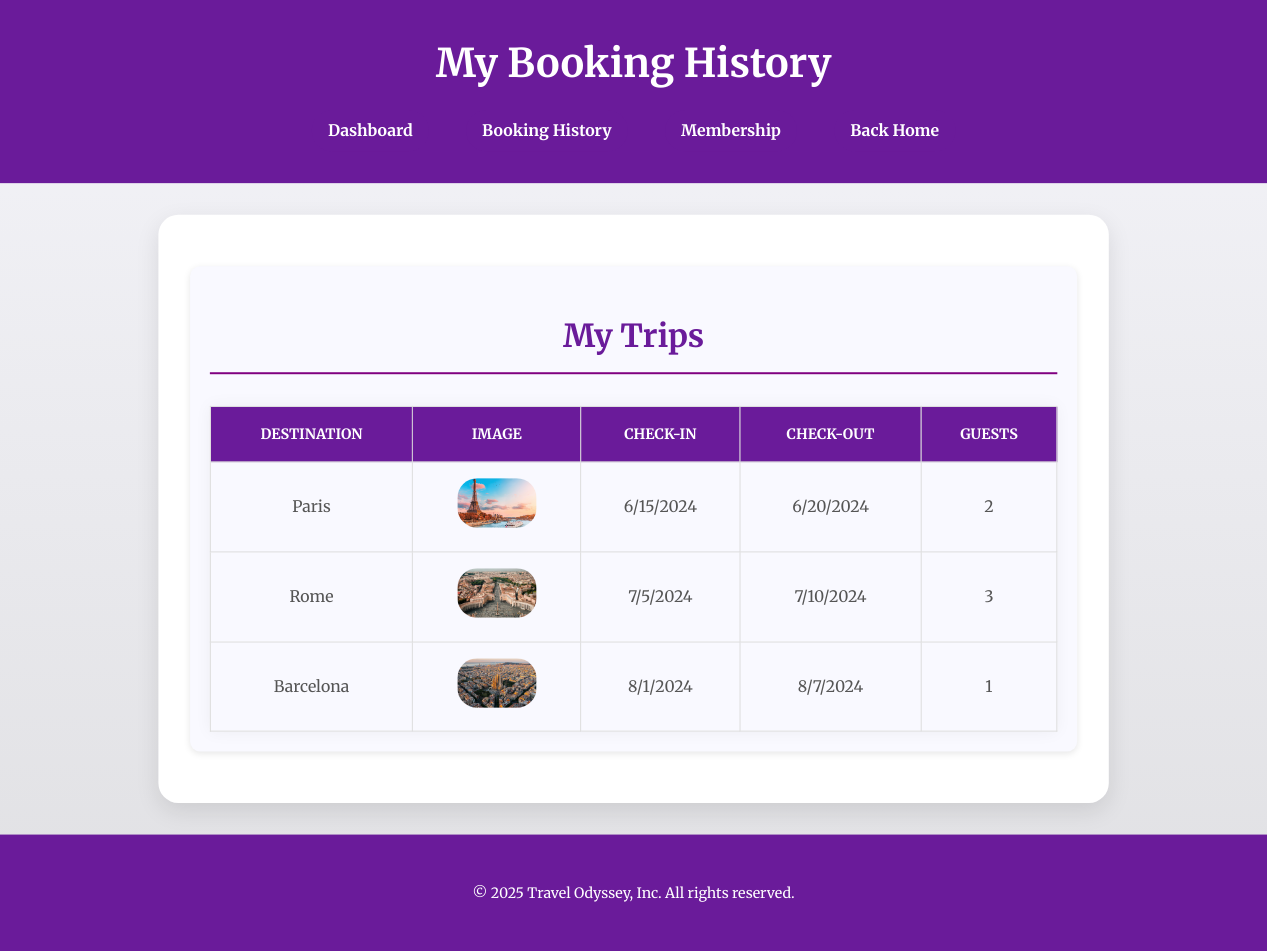
Repository: GHzPhoenix/Project-Odyssey
Page: Frontend/booking-history.html
The author's editor kept a copy of each file at every save. The page is drawn from the files as they stood at one save, then again after the next save.
The browser window is 1280 px wide. The pictures show the whole page, at 99% of full size.
The page's requests for data from a server got no answer.

Above is the page before, as saved 2025-06-08 11:28:42.

### Frontend/booking-history.html
<!DOCTYPE html>
<html lang="en">
  <head>
    <meta charset="UTF-8" />
    <meta name="viewport" content="width=device-width, initial-scale=1.0" />
    <title>Booking History</title>
    <link rel="stylesheet" href="/Frontend/css/dashboard.css" />
    <link rel="stylesheet" href="/Frontend/css/booking-history.css" />
    <link
      href="https://fonts.googleapis.com/css2?family=Merriweather:wght@400;700&display=swap"
      rel="stylesheet"
    />
  </head>
  <body>
    <header>
      <h1>My Booking History</h1>
      <nav>
        <a href="dashboard.html">Dashboard</a>
        <a href="booking-history.html">Booking History</a>
        <a href="membership-confirmation.html">Membership</a>
        <a href="index.html">Back Home</a>
      </nav>
    </header>

    <main>
      <section class="bookings dashboard-section">
        <h2>My Trips</h2>
        <table class="booking-table">
          <thead>
            <tr>
              <th>Destination</th>
              <th>Image</th>
              <th>Check-in</th>
              <th>Check-out</th>
              <th>Guests</th>
            </tr>
          </thead>
          <tbody id="booking-table-body">
            <tr>
              <td colspan="5">Loading your bookings…</td>
            </tr>
          </tbody>
        </table>
      </section>
    </main>

    <footer class="footer">
      <div class="footer-container"></div>
      <div class="footer-bottom">
        <p>© 2025 Travel Odyssey, Inc. All rights reserved.</p>
      </div>
    </footer>

    <script>
      function toggleMenu() {
        document.querySelector(".nav-menu").classList.toggle("active");
      }

      const fallbackBookings = [
        {
          destination: "Paris",
          image: "../Frontend/assets/paris.jpg",
          start_date: "2024-06-15",
          end_date: "2024-06-20",
          guests: 2,
        },
        {
          destination: "Rome",
          image: "../Frontend/assets/rome.jpg",
          start_date: "2024-07-05",
          end_date: "2024-07-10",
          guests: 3,
        },
        {
          destination: "Barcelona",
          image: "../Frontend/assets/barcelona.jpg",
          start_date: "2024-08-01",
          end_date: "2024-08-07",
          guests: 1,
        },
      ];

      async function loadBookings() {
        const tbody = document.getElementById("booking-table-body");
        const token = localStorage.getItem("token");

        try {
          const res = await fetch("http://127.0.0.1:5001/api/bookings", {
            headers: { Authorization: `Bearer ${token}` },
          });
          const data = await res.json();

          const bookings =
            Array.isArray(data) && data.length > 0 ? data : fallbackBookings;

          tbody.innerHTML = "";

          bookings.forEach((b) => {
            const tr = document.createElement("tr");
            const imgUrl =
              b.image ||
              fallbackBookings.find((f) => f.destination === b.destination)
                ?.image ||
              fallbackBookings[0].image;

            tr.innerHTML = `
              <td>${b.destination}</td>
              <td><img src="${imgUrl}" alt="${
              b.destination
            }" class="booking-thumb"/></td>
              <td>${new Date(b.start_date).toLocaleDateString()}</td>
              <td>${new Date(b.end_date).toLocaleDateString()}</td>
              <td>${b.guests}</td>
            `;
            tbody.appendChild(tr);
          });
        } catch (err) {
          console.error("Error fetching bookings:", err);
          tbody.innerHTML = "";
          fallbackBookings.forEach((b) => {
            const tr = document.createElement("tr");
            tr.innerHTML = `
              <td>${b.destination}</td>
              <td><img src="${b.image}" alt="${
              b.destination
            }" class="booking-thumb"/></td>
              <td>${new Date(b.start_date).toLocaleDateString()}</td>
              <td>${new Date(b.end_date).toLocaleDateString()}</td>
              <td>${b.guests}</td>
            `;
            tbody.appendChild(tr);
          });
        }
      }

      document.addEventListener("DOMContentLoaded", loadBookings);
    </script>
  </body>
</html>

### Frontend/css/dashboard.css
body {
  font-family: "Merriweather", serif;
  background: linear-gradient(to bottom, #f4f4f9, #e0e0e3);
  margin: 0;
  padding: 0;
}

header {
  background-color: purple;
  color: white;
  text-align: center;
  padding: 20px;
  font-size: 22px;
  font-weight: bold;
}

nav {
  margin-top: 15px;
}

nav a {
  color: white;
  text-decoration: none;
  margin: 0 15px;
  font-weight: bold;
  font-size: 1rem;
  padding: 10px 20px;
  border-radius: 20px;
  background-color: #947fff;
  transition: background 0.3s ease-in-out;
}

nav a:hover {
  background-color: #ff6f91;
  color: yellow;
}

.menu-toggle {
  display: none;
  flex-direction: column;
  cursor: pointer;
}

.menu-toggle div {
  width: 28px;
  height: 3px;
  background-color: white;
  margin: 4px 0;
}

@media (max-width: 768px) {
  nav ul {
    flex-direction: column;
    width: 100%;
    display: none;
    background-color: purple;
    margin-top: 10px;
    padding: 10px 0;
  }

  nav ul.active {
    display: flex;
  }

  .menu-toggle {
    display: flex;
  }

  nav ul li {
    width: 100%;
    text-align: center;
  }
}

main {
  max-width: 1000px;
  margin: 30px auto;
  padding: 30px;
  background-color: white;
  border-radius: 12px;
  box-shadow: 0px 5px 15px rgba(0, 0, 0, 0.1);
}

h2 {
  color: purple;
  font-size: 24px;
  margin-bottom: 20px;
  text-align: center;
  border-bottom: 2px solid purple;
  padding-bottom: 10px;
}

.dashboard-section {
  margin: 20px 0;
  padding: 20px;
  background-color: #f9f9ff;
  border-radius: 10px;
  box-shadow: 0px 2px 8px rgba(0, 0, 0, 0.1);
}

.dashboard-section h3 {
  font-size: 20px;
  color: purple;
  margin-bottom: 10px;
}

.deals-container {
  display: grid;
  grid-template-columns: repeat(auto-fit, minmax(280px, 1fr));
  gap: 1.5rem;
  margin-top: 2rem;
  padding: 0;
}

.deal-card {
  background-color: #fff;
  border-radius: 12px;
  overflow: hidden;
  box-shadow: 0 4px 10px rgba(0, 0, 0, 0.1);
  transition: transform 0.2s ease, box-shadow 0.2s ease;
  display: flex;
  flex-direction: column;
}

.deal-card:hover {
  transform: translateY(-4px);
  box-shadow: 0 6px 14px rgba(0, 0, 0, 0.15);
}

.deal-card img {
  width: 100%;
  height: 180px;
  object-fit: cover;
  display: block;
}

.deal-card-body {
  padding: 1rem;
  flex: 1;
  display: flex;
  flex-direction: column;
}

.deal-card-body h3 {
  margin: 0 0 0.5rem;
  font-size: 1.25rem;
  color: purple;
}

.deal-card-body p {
  margin: 0.25rem 0;
  color: #555;
  font-size: 0.95rem;
  flex: 1;
}

.card-button {
  display: inline-block;
  background-color: purple;
  color: #fff;
  text-decoration: none;
  padding: 0.5rem 1rem;
  border-radius: 20px;
  font-weight: bold;
  font-size: 0.95rem;
  text-align: center;
  transition: background-color 0.3s ease;
  margin-top: 1rem;
}

.card-button:hover {
  background-color: #ff6f91;
  color: #fff;
}

.no-deals {
  text-align: center;
  font-size: 1rem;
  color: #555;
  margin-top: 2rem;
}

@media (max-width: 600px) {
  .deals-container {
    grid-template-columns: 1fr;
  }
  .deal-card img {
    height: 200px;
  }
}

.dashboard-section p {
  font-size: 16px;
  color: #555;
}

.button {
  background-color: purple;
  color: white;
  padding: 10px 18px;
  border-radius: 25px;
  text-decoration: none;
  display: inline-block;
  margin-top: 15px;
  font-weight: bold;
  transition: background 0.3s ease-in-out;
}

.button:hover {
  background-color: #ff3b72;
}

footer {
  background-color: purple;
  color: white;
  text-align: center;
  padding: 20px;
  margin-top: 40px;
}

@media (max-width: 768px) {
  main {
    margin: 20px;
    padding: 20px;
  }
}

### Frontend/css/booking-history.css
:root {
  --color-primary: #6a1b9a;
  --color-accent: #ff6f91;
  --color-bg-light: #f4f4f9;
  --color-bg-lighter: #e0e0e3;
  --color-text: #333;
  --color-text-light: #555;
  --radius: 1.25rem;
  --spacing-sm: 0.5rem;
  --spacing-md: 1rem;
  --spacing-lg: 2rem;
  --font-base: 1rem;
  --font-scale: 1.125rem;
}

*,
*::before,
*::after {
  box-sizing: border-box;
}

body {
  margin: 0;
  padding: 0;
  font-family: "Merriweather", serif;
  background: linear-gradient(
    to bottom,
    var(--color-bg-light),
    var(--color-bg-lighter)
  );
  color: var(--color-text);
  line-height: 1.6;
  font-size: var(--font-base);
}

header {
  background-color: var(--color-primary);
  color: #fff;
  padding: var(--spacing-lg) var(--spacing-md);
  text-align: center;
}

header h1 {
  margin: 0 0 var(--spacing-sm);
  font-size: 2.5rem;
}

nav {
  display: flex;
  justify-content: center;
  flex-wrap: wrap;
  gap: var(--spacing-sm);
}

nav a {
  display: inline-block;
  padding: var(--spacing-sm) var(--spacing-md);
  background-color: var(--color-primary);
  color: #fff;
  text-decoration: none;
  font-weight: 600;
  border-radius: var(--radius);
  transition: background-color 0.3s ease;
}

nav a:hover {
  background-color: var(--color-accent);
  color: #fff;
}

main {
  max-width: 60rem;
  margin: var(--spacing-lg) auto;
  padding: var(--spacing-lg);
  background: #fff;
  border-radius: var(--radius);
  box-shadow: 0 0.5rem 1.5rem rgba(0, 0, 0, 0.1);
}

.bookings h2 {
  font-size: 2rem;
  color: var(--color-primary);
  text-align: center;
  margin-bottom: var(--spacing-lg);
}

.booking-table {
  width: 100%;
  border-collapse: collapse;
  font-size: var(--font-base);
  background: #fdfdff;
  box-shadow: 0 0 1rem rgba(0, 0, 0, 0.05);
}

.booking-table th,
.booking-table td {
  padding: var(--spacing-md);
  border: 1px solid #ddd;
  text-align: center;
}

.booking-table th {
  background-color: var(--color-primary);
  color: #fff;
  text-transform: uppercase;
  font-size: 0.9rem;
}

.booking-table td {
  background-color: #f9f9ff;
  color: var(--color-text-light);
}

.booking-thumb {
  width: 80px;
  height: 50px;
  object-fit: cover;
  border-radius: var(--radius);
}

.preview-gallery {
  margin-top: var(--spacing-lg);
  text-align: center;
}

.preview-gallery h2 {
  font-size: 2rem;
  color: var(--color-primary);
  margin-bottom: var(--spacing-lg);
}

.image-grid {
  display: grid;
  grid-template-columns: repeat(auto-fit, minmax(12rem, 1fr));
  gap: var(--spacing-lg);
}

.image-card {
  background: #fff;
  border-radius: var(--radius);
  box-shadow: 0 0.5rem 1.5rem rgba(0, 0, 0, 0.1);
  overflow: hidden;
  transition: transform 0.3s ease, box-shadow 0.3s ease;
}

.image-card:hover {
  transform: translateY(-0.5rem);
  box-shadow: 0 1rem 2rem rgba(0, 0, 0, 0.2);
}

.image-card img {
  width: 100%;
  height: 12rem;
  object-fit: cover;
  border-bottom: 0.25rem solid var(--color-primary);
}

.image-card p {
  margin: 0;
  padding: var(--spacing-md);
  font-size: var(--font-scale);
  color: var(--color-primary);
  font-weight: 700;
}

.footer {
  background-color: var(--color-primary);
  color: #fff;
  text-align: center;
  padding: var(--spacing-lg) var(--spacing-md);
  margin-top: var(--spacing-lg);
}

.footer-bottom {
  margin-top: var(--spacing-md);
  font-size: 0.9rem;
}

@media (max-width: 768px) {
  header h1 {
    font-size: 2rem;
  }

  nav a {
    margin: var(--spacing-sm) 0;
    width: 90%;
    text-align: center;
  }

  .booking-table,
  .booking-table th,
  .booking-table td {
    font-size: 0.9rem;
  }

  main {
    padding: var(--spacing-md);
    margin: var(--spacing-md);
  }
}

After the next save:
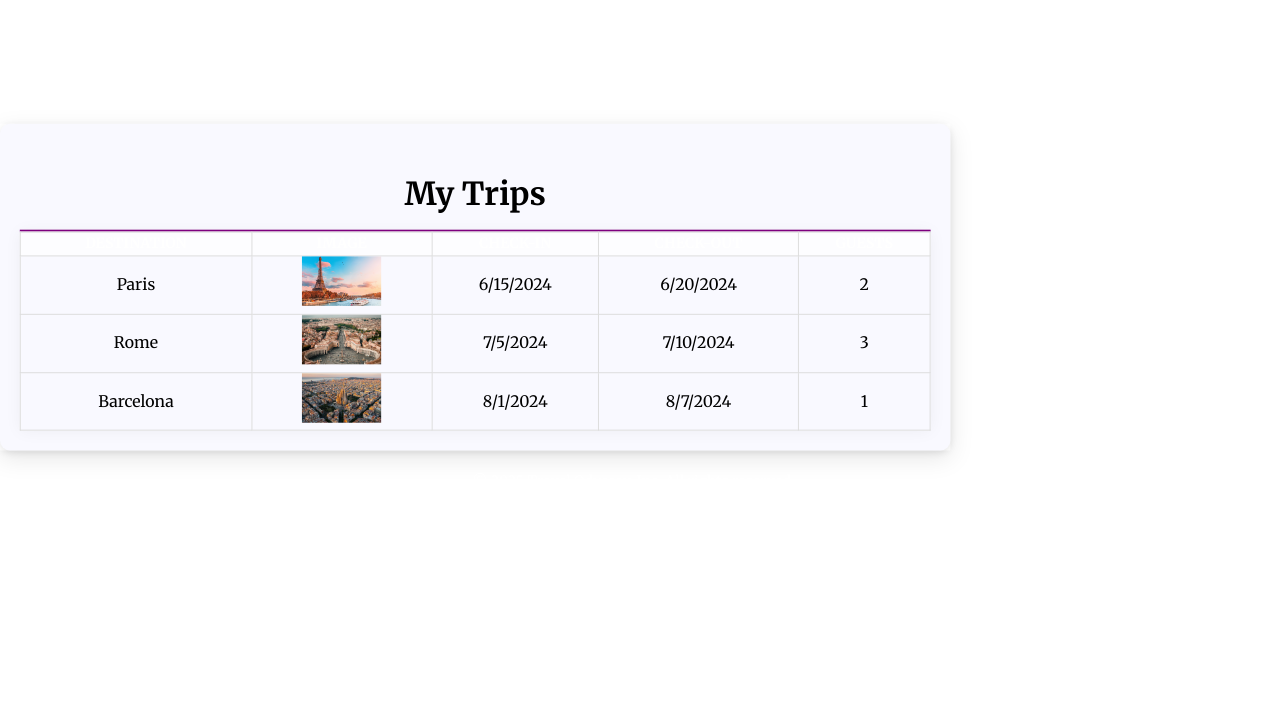
Saved 11 s later.
--- a/Frontend/css/booking-history.css
+++ b/Frontend/css/booking-history.css
@@ -1,18 +1,3 @@
-:root {
-  --color-primary: #6a1b9a;
-  --color-accent: #ff6f91;
-  --color-bg-light: #f4f4f9;
-  --color-bg-lighter: #e0e0e3;
-  --color-text: #333;
-  --color-text-light: #555;
-  --radius: 1.25rem;
-  --spacing-sm: 0.5rem;
-  --spacing-md: 1rem;
-  --spacing-lg: 2rem;
-  --font-base: 1rem;
-  --font-scale: 1.125rem;
-}
-
 *,
 *::before,
 *::after {
